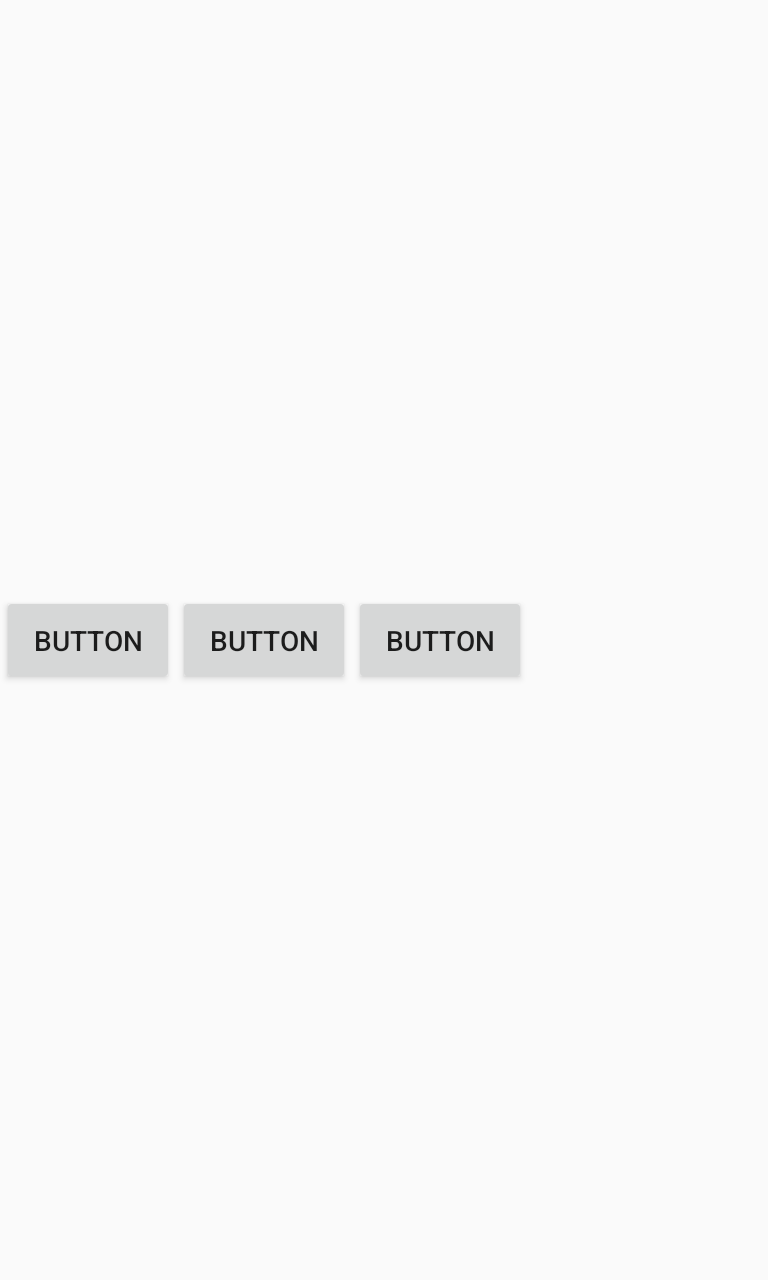
Repository: MarcSelles/BeatYourBucketAndroid
Layout: The_app/BeatYourBucket/res/layout/fragment_lists.xml
These files come from the project's save history. The layout is drawn as it stood at one moment and after the next save; the edit follows.
It is drawn on a 768 x 1280 px phone screen (xhdpi) without system bars, with theme AppTheme; the app's code is not run.

Above is the layout before, as saved 2015-01-20 14:20:38.

After the next save:
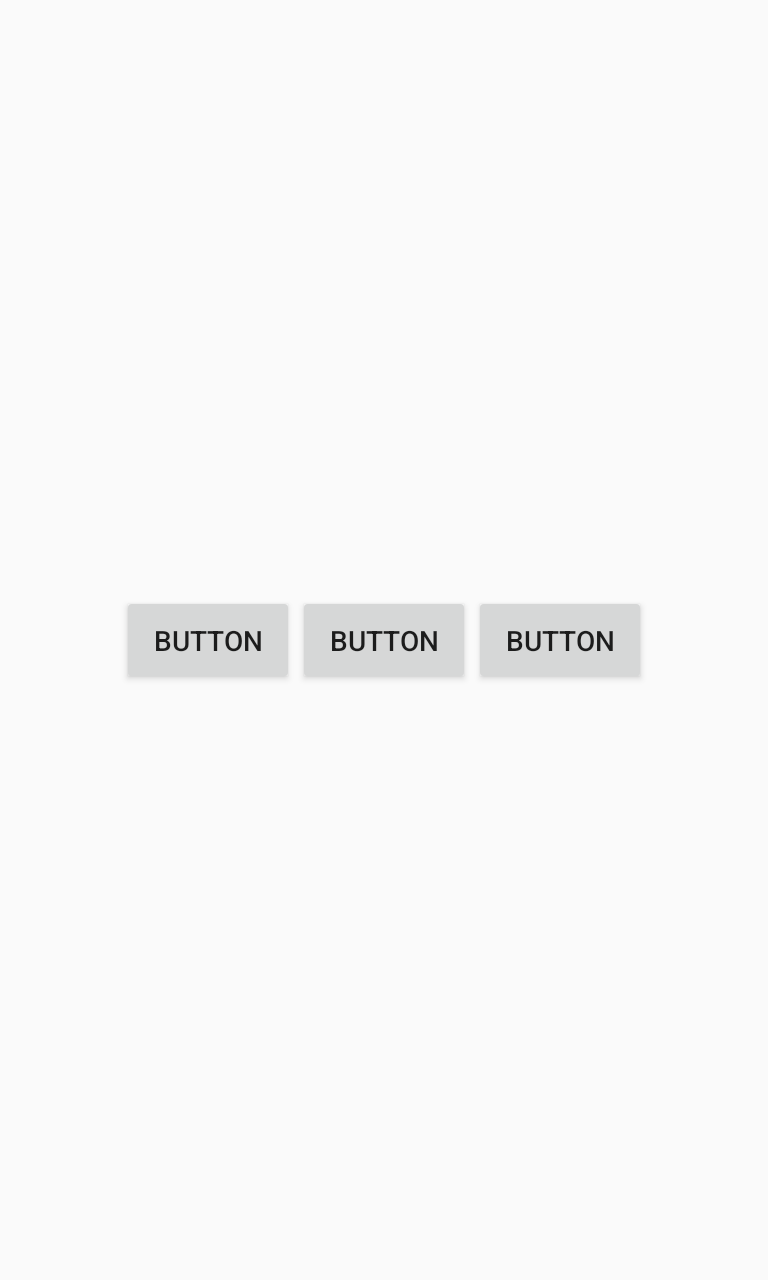
Saved 39 s later.
--- a/The_app/BeatYourBucket/res/layout/fragment_lists.xml
+++ b/The_app/BeatYourBucket/res/layout/fragment_lists.xml
@@ -9,6 +9,8 @@
         android:layout_height="wrap_content"
         android:layout_above="@+id/tabcontent2"
         android:layout_alignParentTop="true"
+                android:layout_gravity="bottom"
+        android:gravity="center|bottom"
         android:orientation="horizontal" >
 
 	    <Button

After the 3 saves that followed:
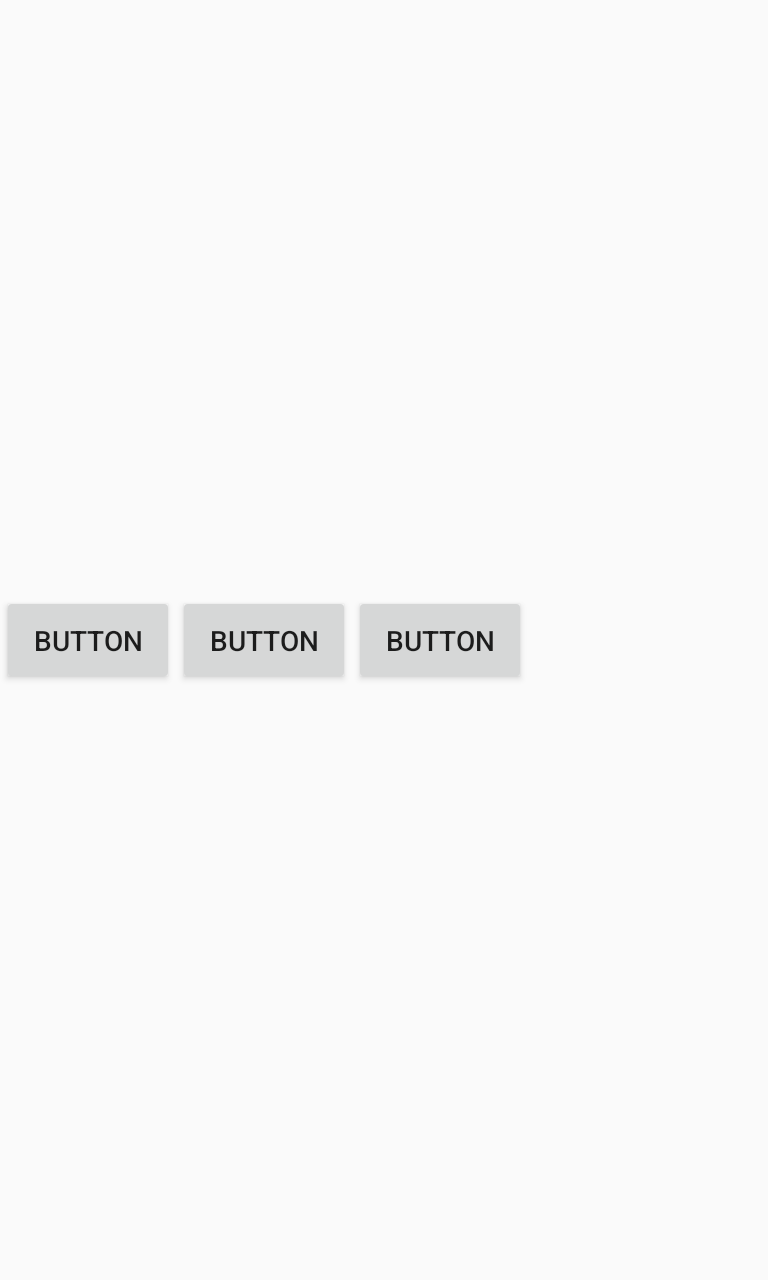
The 3 saves are shown as one change because 1 left the picture as it was and some came seconds apart.
The last was saved 47 s later.
--- a/The_app/BeatYourBucket/res/layout/fragment_lists.xml
+++ b/The_app/BeatYourBucket/res/layout/fragment_lists.xml
@@ -9,8 +9,7 @@
         android:layout_height="wrap_content"
         android:layout_above="@+id/tabcontent2"
         android:layout_alignParentTop="true"
-                android:layout_gravity="bottom"
-        android:gravity="center|bottom"
+
         android:orientation="horizontal" >
 
 	    <Button
@@ -41,6 +40,8 @@
         android:layout_width="match_parent"
         android:layout_height="wrap_content"
         android:layout_alignParentBottom="true"
+        android:layout_gravity="bottom"
+        android:gravity="center|bottom"
         android:orientation="vertical" >
     </LinearLayout>
 
